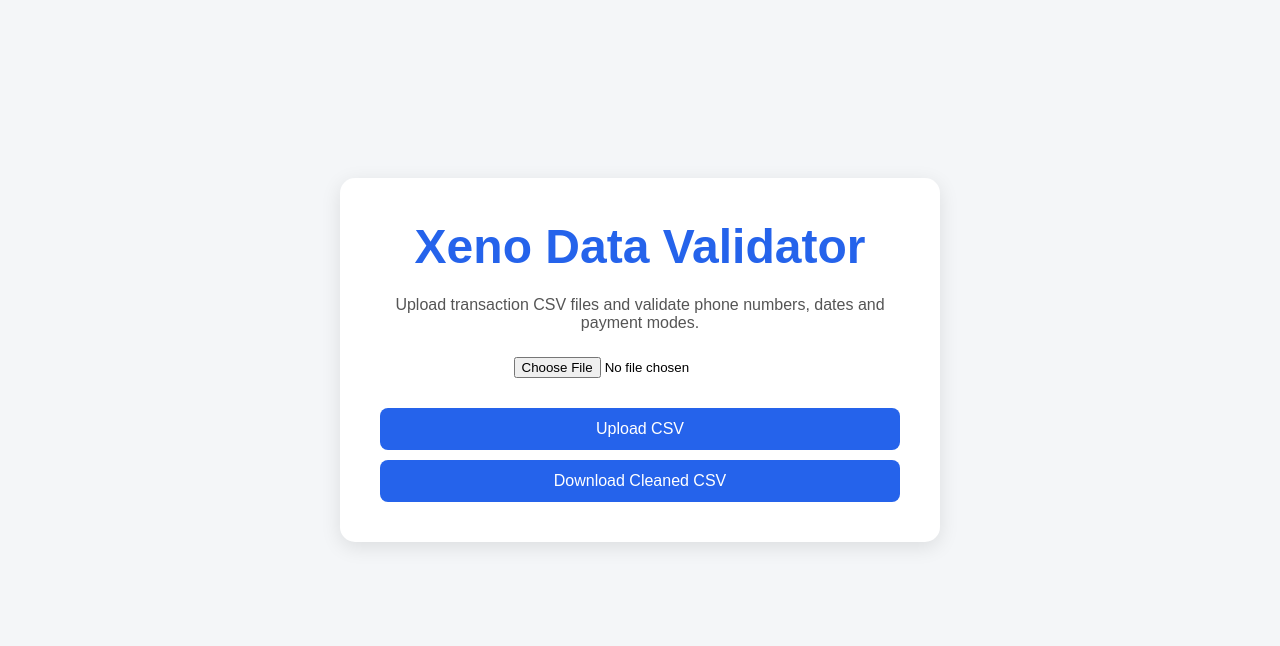
Repository: Aartigarg446/xeno-data-validator
Page: / (app in frontend/)
The author's editor kept a copy of each file at every save. The page is drawn from the files as they stood at one save, then again after the next save.
The browser window is 1280 px wide. The pictures show the whole page.
The project was rebuilt for these pictures with package versions that can differ from the ones it lists, and the page was loaded fresh each time. Also part of the build but not shown: frontend/vite.config.js.

Above is the page before, as saved 2026-06-17 13:41:23.

After the next save:
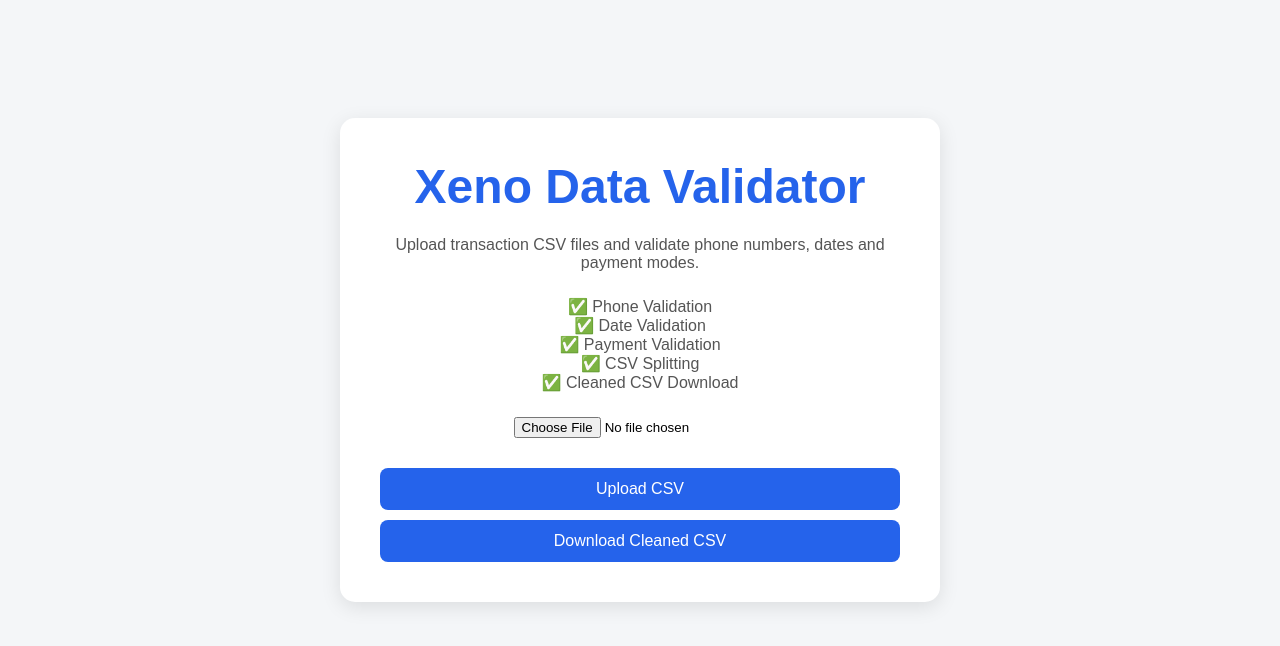
Saved 114 s later.
--- a/frontend/src/App.jsx
+++ b/frontend/src/App.jsx
@@ -38,7 +38,13 @@
           Upload transaction CSV files and validate
           phone numbers, dates and payment modes.
         </p>
-
+<p className="features">
+  ✅ Phone Validation <br />
+  ✅ Date Validation <br />
+  ✅ Payment Validation <br />
+  ✅ CSV Splitting <br />
+  ✅ Cleaned CSV Download
+</p>
         <input
           type="file"
           accept=".csv"
